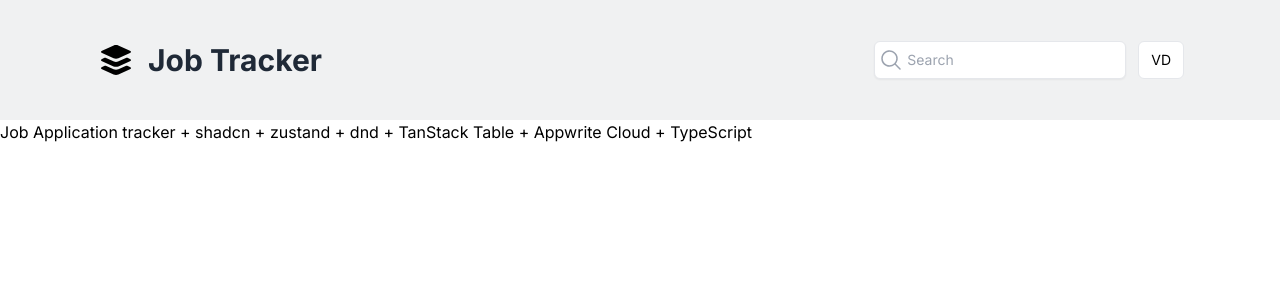
Repository: Vasil1001/job-applications-tracker-nextjs
Page: /
The author's editor kept a copy of each file at every save. The page is drawn from the files as they stood at one save, then again after a run of saves.
The browser window is 1280 px wide. The pictures show the whole page.
The project was rebuilt for these pictures with package versions that can differ from the ones it lists, and the page was loaded fresh each time. The framework's server and built-in components were replaced by stand-ins that run in the browser. Also part of the build but not shown: next.config.js.

Above is the page before, as saved 2023-06-24 17:38:28.

After the next 2 saves:
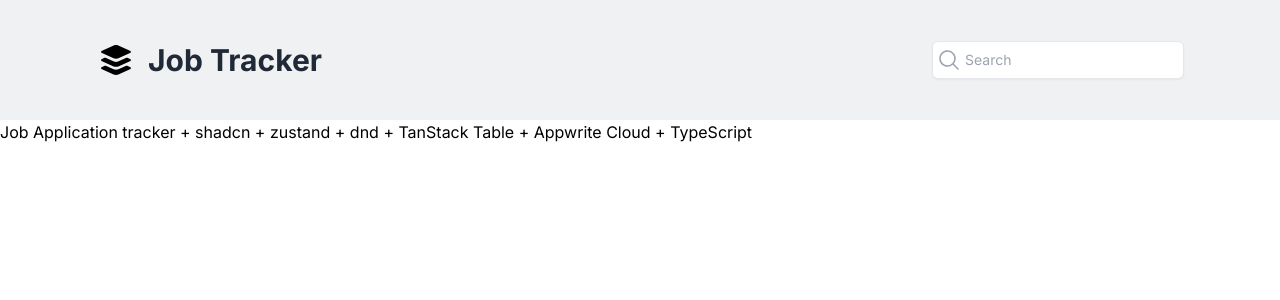
The 2 saves are shown as one change because they came seconds apart.
The last was saved 52 s later.
--- a/components/Header.tsx
+++ b/components/Header.tsx
@@ -42,10 +42,9 @@
             <button hidden> Search</button>
           </form>
 
-          <button className="p-2 px-3 text-black text-sm font-regular border outline-none focus-visible:outline-none focus-visible:ring-1 focus:ring-gray-400 bg-white border-gray-200 text-sm rounded-md hover:border-gray-300 ">
-            VD
-          </button>
+
         </div>
+
 
         {/* <Avatar name="Vasilis Dzhakov" round color="#ffffff" size="50" fgColor='black' /> */}
         <div className="flex gap-3.5">

After the save that followed:
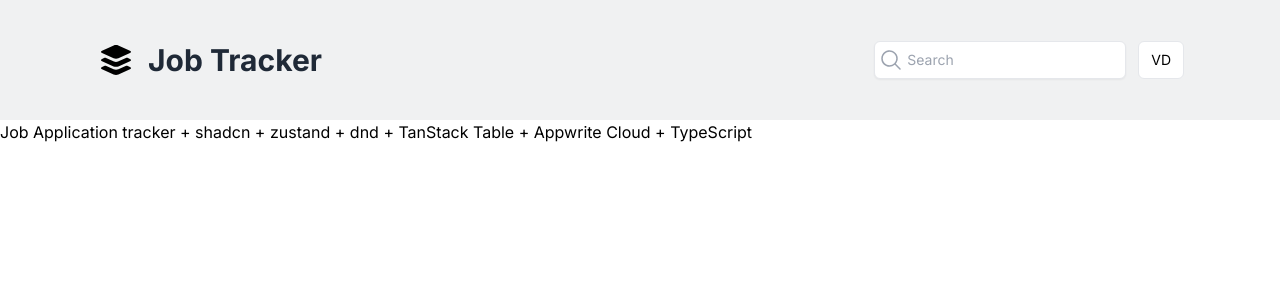
Saved 6 s later.
--- a/components/Header.tsx
+++ b/components/Header.tsx
@@ -42,9 +42,10 @@
             <button hidden> Search</button>
           </form>
 
-
+          <button className="p-2 px-3 text-black text-sm font-regular border outline-none focus-visible:outline-none focus-visible:ring-1 focus:ring-gray-400 bg-white border-gray-200 text-sm rounded-md hover:border-gray-300 ">
+            VD
+          </button>
         </div>
-
 
         {/* <Avatar name="Vasilis Dzhakov" round color="#ffffff" size="50" fgColor='black' /> */}
         <div className="flex gap-3.5">
